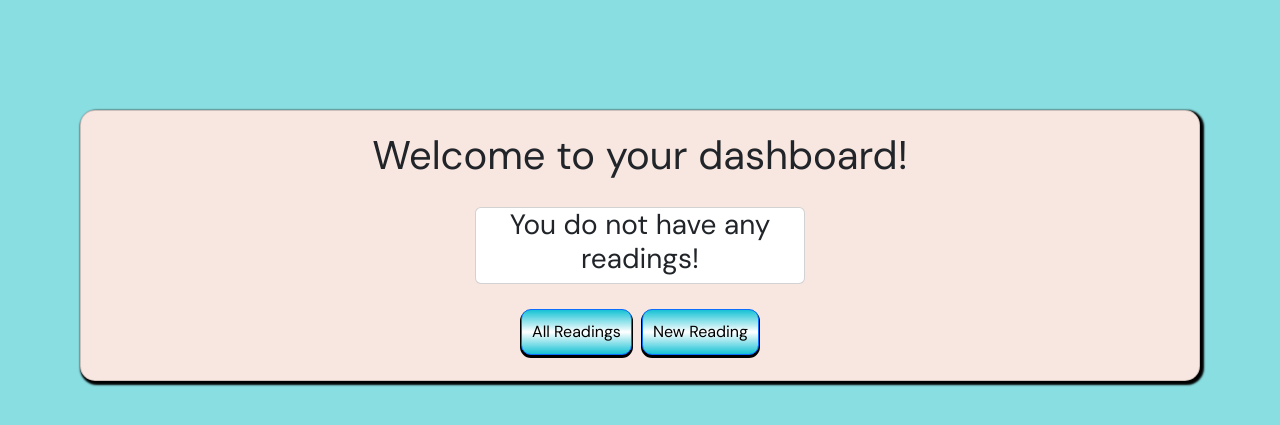
Repository: aiodell/my-glucose-checkup
Page: /dashboard (app in client/)
These files come from the project's save history. The page is drawn as it stood at one moment and after the next save; the edit follows.
The browser window is 1280 px wide. The pictures show the whole page.
The page's requests for data from a server got no answer. The project was rebuilt for these pictures with package versions that can differ from the ones it lists, and the page was loaded fresh each time. No one was signed in, and anything a server would have sent is missing. Also part of the build but not shown: client/src/components/Login.js, client/src/components/Signup.js, client/src/components/AllReadings.js, client/src/components/NewReading.js, client/src/components/Home.js, client/src/components/BglUpdateForm.js, client/src/components/BglEventDetails.js, client/src/components/NewBglEvent.js and 8 more.

Above is the page before, as saved 2022-10-06 07:16:46.

After the next save:
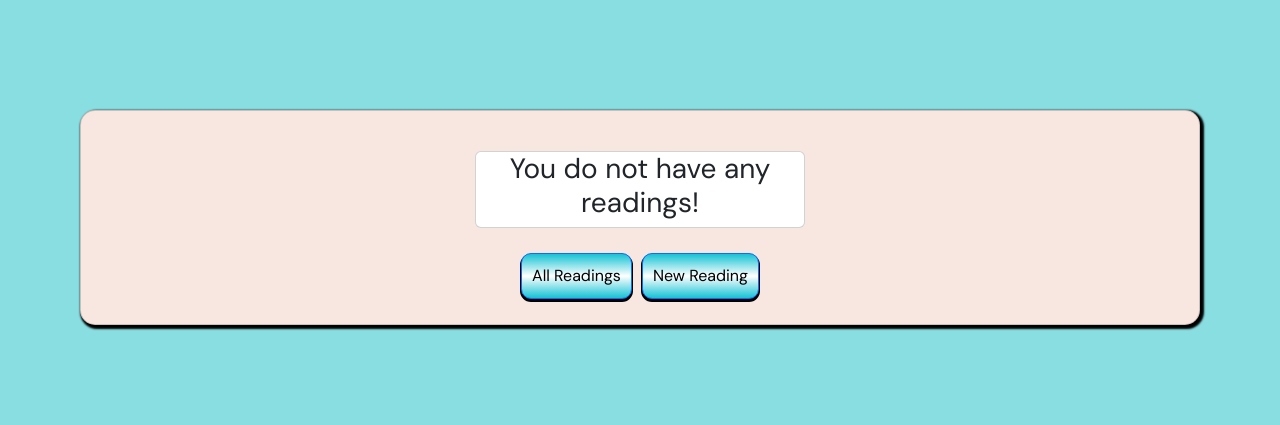
Saved 21 s later.
--- a/client/src/components/Dashboard.js
+++ b/client/src/components/Dashboard.js
@@ -74,9 +74,6 @@ const Dashboard = ({currentUser}) => {
 		<Container className="container-style">
 			{errors ? errors.map(e => <section>{e}</section>):null}
 			<Card className="dash-container">
-				{currentUser.first_name ? <h1 className="dash-title">
-					Welcome to your dashboard, {currentUser.first_name}! </h1>
-					: <h1>Welcome to your dashboard!</h1> }
 				{currentUser.admin ?
 				<>
 					<Row>
